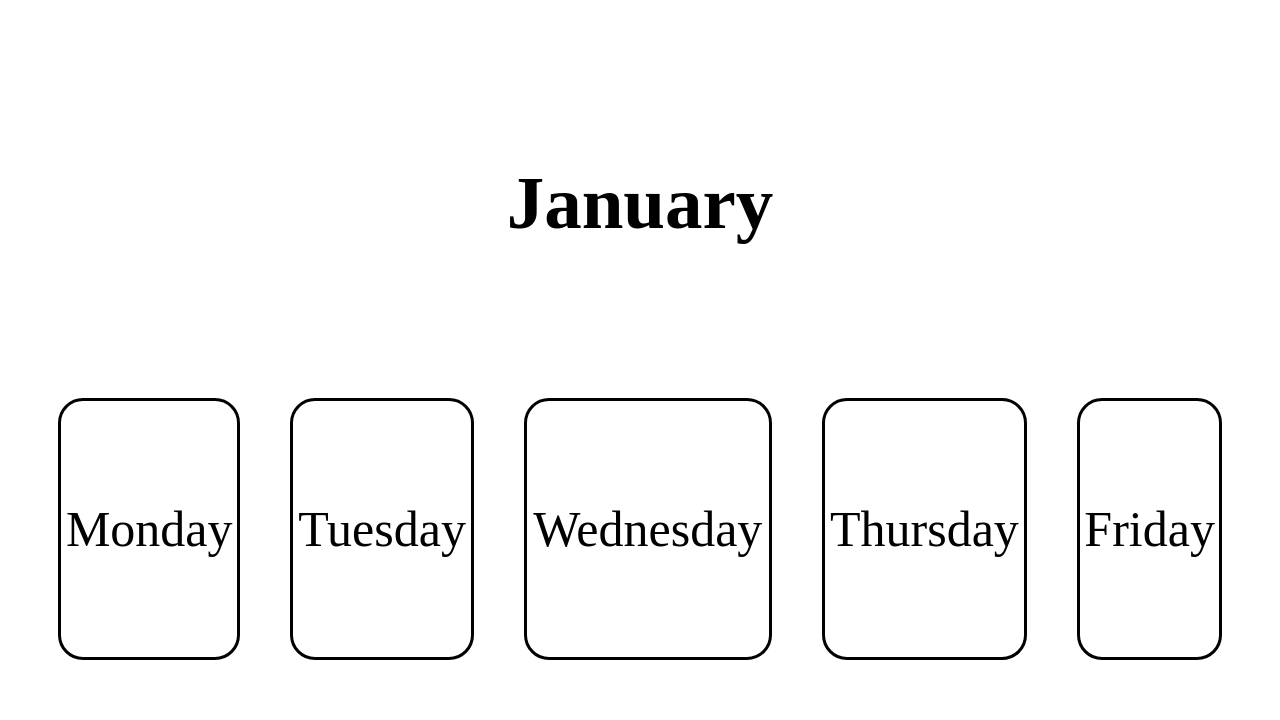
Repository: shleewhite/missionBitCalendar
Page: views/jan.html
The author's editor kept a record of every edit. The page is drawn from the files as they stood at one moment, then again after the next edit.
The browser window is 1280 px wide. The pictures show the whole page.

Above is the page before.

After the next edit:
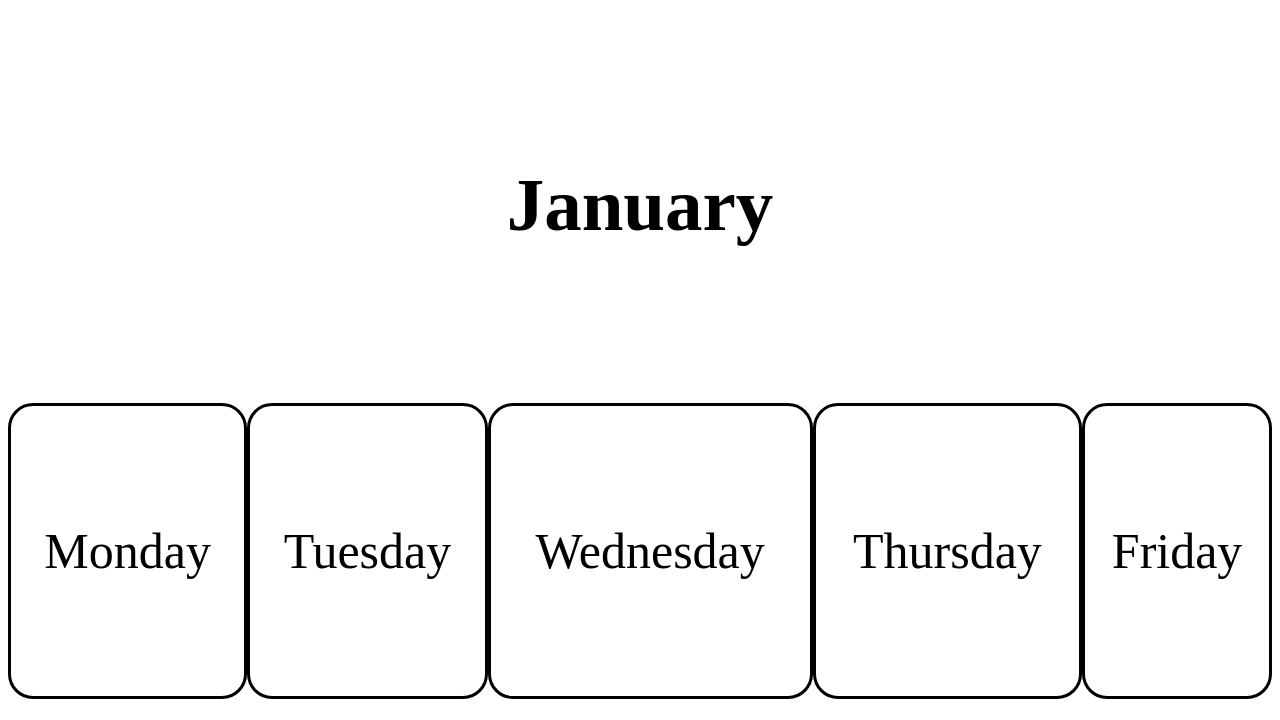
The edit:
--- a/views/jan.html
+++ b/views/jan.html
@@ -3,7 +3,7 @@
     <link rel="stylesheet" type="text/css" href="main.css">
     <head></head>
     <body>
-        <table>
+        <table id="monthTable">
             <tr>
                 <th class="monthHeader" colspan="5">January</th>
             </tr>
